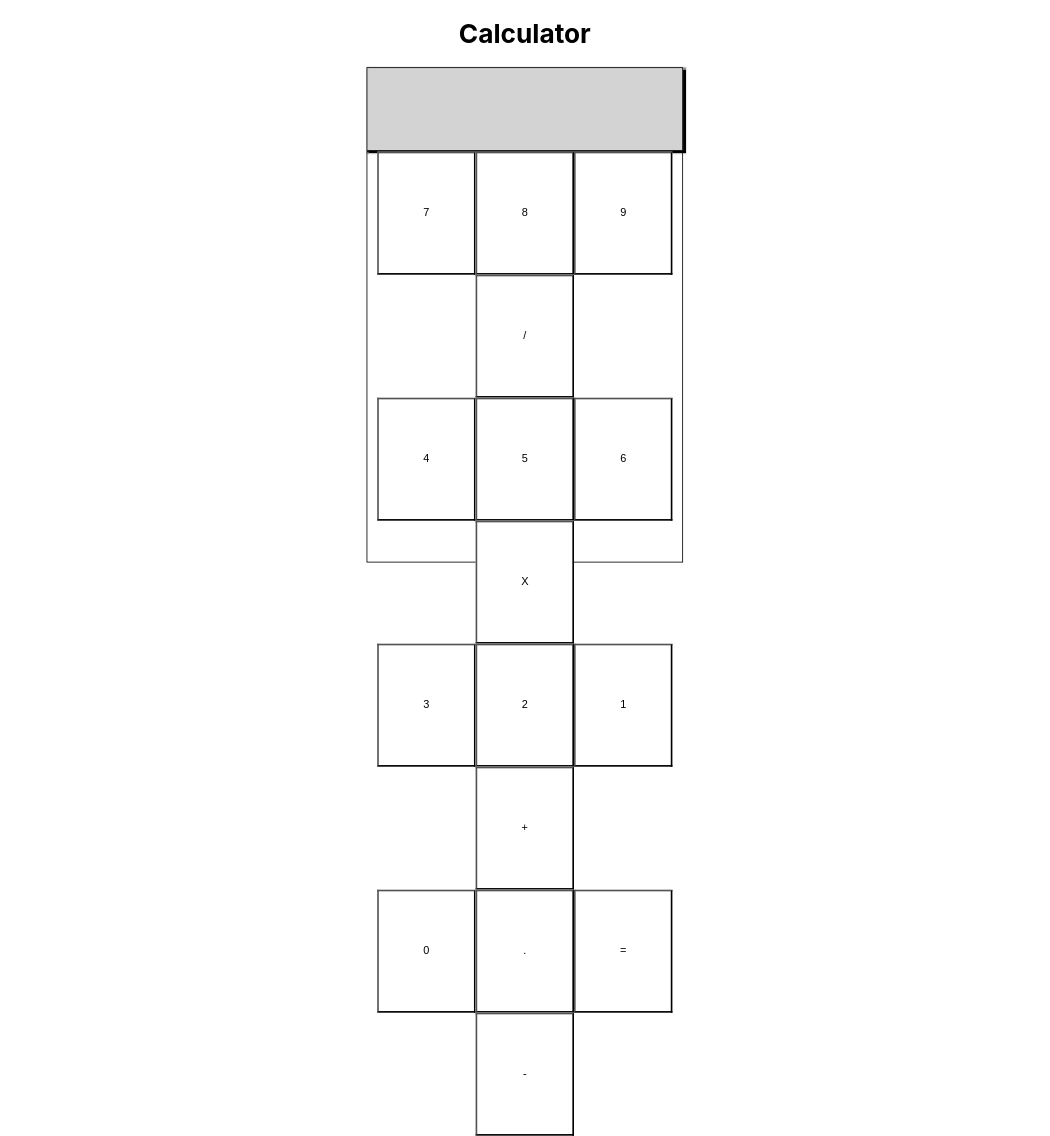
Repository: punitbathija/Placement-Assitance-iNeuron
Page: / (app in React/calculator/)
These files come from the project's save history. The page is drawn as it stood at one moment and after a run of saves; the edit follows.
The browser window is 1280 px wide. The pictures show the whole page, at 82% of full size.
The project was rebuilt for these pictures with package versions that can differ from the ones it lists, and the page was loaded fresh each time.

Above is the page before, as saved 2023-06-05 16:09:28.

After the next 4 saves:
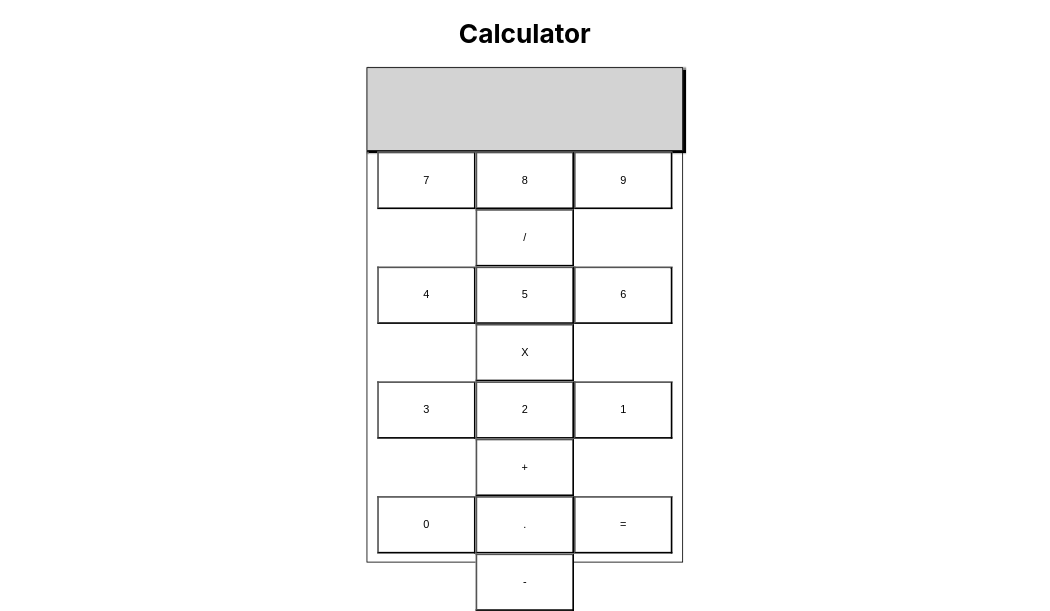
The 4 saves are shown as one change because they came seconds apart.
The last was saved 11 s later.
--- a/React/calculator/src/index.css
+++ b/React/calculator/src/index.css
@@ -30,7 +30,7 @@ code {
 }
 
 .btn{
-  height: 150px;
+  height: 70px;
   width: 120px;
   background-color: white;
 }
